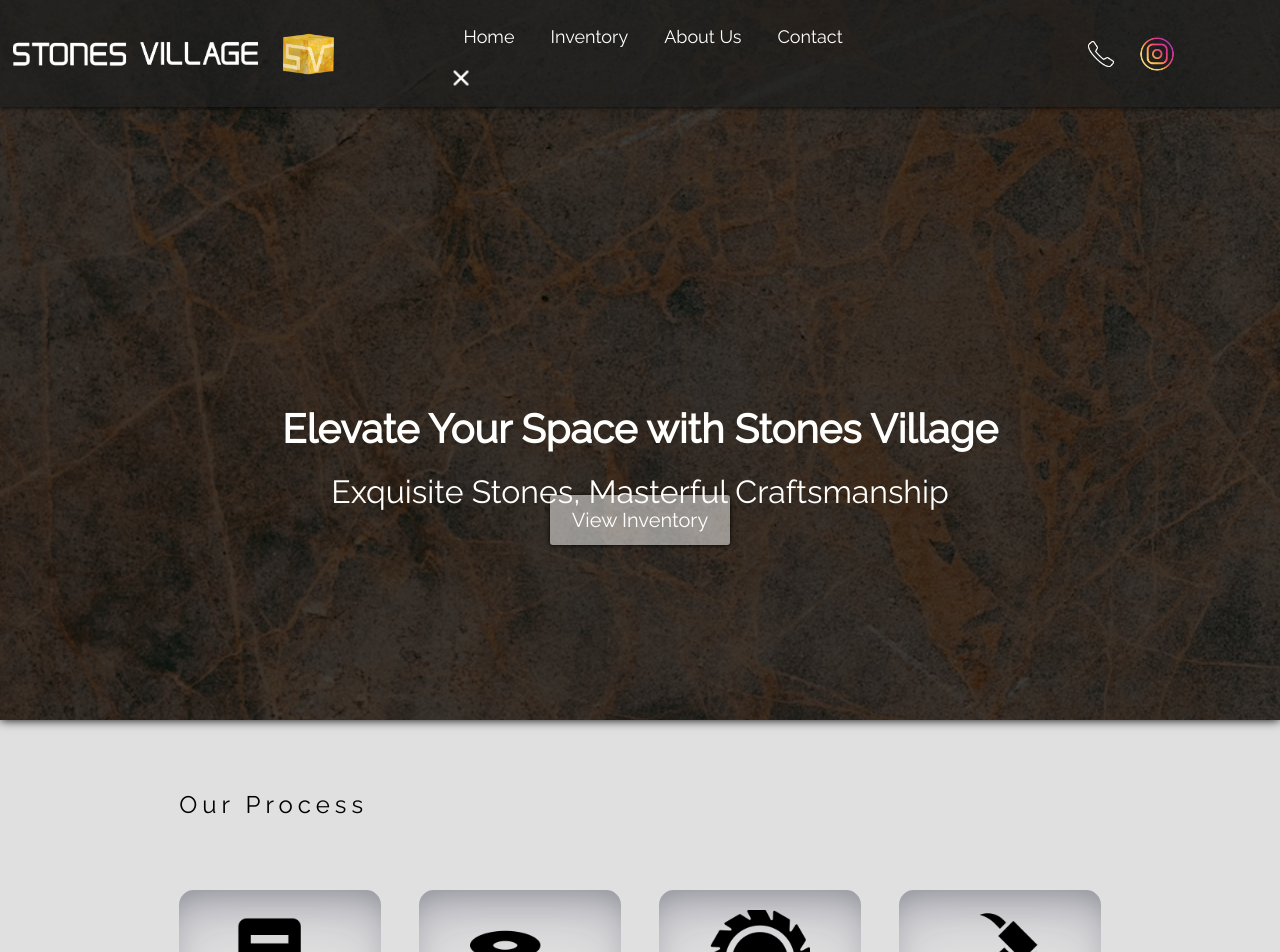
Repository: shayanabedi98/Stones-Village
Page: index.html
The author's editor kept a copy of each file at every save. The page is drawn from the files as they stood at one save, then again after the next save.
The browser window is 1280 px wide. The pictures show the part of the page from y = 0 to 952 px (the page is 3252 px tall).
After loading, the first visible `.close-navbar-menu-mobile > img` was clicked once.
A picture or video elsewhere on the page could not be fetched, so the positions and the page height are approximate.

Above is the page before, as saved 2023-10-27 00:07:17.

### index.html
<!DOCTYPE html>
<html lang="en">
<head>
    <meta charset="UTF-8">
    <meta name="viewport" content="width=device-width, initial-scale=1.0">
    <meta name="description" content="Stones Village: Premier stone supplier, fabricator, and installer in Concord, Ontario. Experience superior quality and craftsmanship in stone fabrication.">
    <meta name="keywords" content="Stones Village, Stone Supplier Concord, Ontario, Granite, Marble, Onyx, Quartz, Porcelain, Stone Fabrication">
    <title>Stones Village | Home</title>
    <link rel="preconnect" href="https://fonts.googleapis.com">
    <link rel="preconnect" href="https://fonts.gstatic.com" crossorigin>
    <link href="https://fonts.googleapis.com/css2?family=Raleway&display=swap" rel="stylesheet">
    <link rel="preconnect" href="https://fonts.googleapis.com">
    <link rel="preconnect" href="https://fonts.gstatic.com" crossorigin>
    <link href="https://fonts.googleapis.com/css2?family=Dancing+Script&display=swap" rel="stylesheet">
    <link rel="stylesheet" href="styles.css">
    <link rel="stylesheet" href="media.css">
</head>
<body>
    <div class="navbar">
        <div class="logo">
            <img id="logo-name" src="./resources/sv-name.png" alt="Company name">
            <img id="logo-cube" src="./resources/sv-cube.png" alt="Company logo">
        </div>
        <div class="navbar-menu">
            <ul>
                <li><a href="./">Home</a></li>
                <li><a href="./inventory">Inventory</a></li>
                <li><a href="./about-us">About Us</a></li>
                <li><a href="./contact">Contact</a></li>
            </ul>
            <div class="phone-menu-button">
                <img src="./resources/align-justify-svgrepo-com.png" alt="Menu Button">
            </div>
            <div class="close-navbar-menu-mobile">
                <img src="./resources/close-svgrepo-com.png" alt="Close menu button">
            </div>
        </div>
        <div class="navbar-menu-mobile">
            <ul>
                <li><a href="./">Home</a></li>
                <li><a href="./inventory">Inventory</a></li>
                <li><a href="./about-us">About Us</a></li>
                <li><a href="./contact">Contact</a></li>
            </ul>
            <div class="navbar-links-mobile">
                <button id="tel">
                    <a href="tel:+14372375062">
                        <img src="./resources/icons8-phone-100.png" alt="Contact By Number">
                    </a>
                </button>
                <button id="instagram">
                    <a target="_blank" href="https://www.instagram.com/stonesvillage/">
                        <img src="./resources/iglogo.png" alt="Visit Instagram page">
                    </a>
                </button>
            </div>
        </div>
        <div class="navbar-links">
            <button id="tel">
                <a href="tel:+14372375062">
                    <img src="./resources/icons8-phone-100.png" alt="Contact By Number">
                </a>
            </button>
            <button id="instagram">
                <a target="_blank" href="https://www.instagram.com/stonesvillage/">
                    <img src="./resources/iglogo.png" alt="Visit Instagram page">
                </a>
            </button>
        </div>
    </div>
    <div class="grid-container">
        <div class="banner1">
            <!-- Background Image -->
        </div>
        <div class="banner-overlay">
            <h1>Elevate Your Space with Stones Village<br><span>Exquisite Stones, Masterful Craftsmanship</span></h1>

            <button>View Inventory</button>
        </div>
        <div class="card-title title">Our Process</div>
        <div class="card-container">
            <div class="card">
                <img src="./resources/invoice-svgrepo-com.png" alt="Icon of Stone Slab">
                <div class="card-text">
                    <p class="card-name">Free Quotation</p>
                    <p class="card-description">Bring Your Vision to Life: Request a free, detailed quote today!</p>
                </div>
            </div>
            <div class="card">
                <img src="./resources/measure-2-svgrepo-com.png" alt="Icon of Stone Slab">
                <div class="card-text">
                    <p class="card-name">Measurement</p>
                    <p class="card-description">Precision at its Best: Guaranteeing a flawless fit and finish with meticulous measurements.</p>
                </div>
            </div>
            <div class="card">
                <img src="./resources/saw-svgrepo-com.png" alt="Icon of Stone Slab">
                <div class="card-text">
                    <p class="card-name">Fabrication</p>
                    <p class="card-description">Elegance Crafted: Precision fabrication transforms raw stones into exquisite masterpieces.</p>
                </div>
            </div>
            <div class="card">
                <img src="./resources/hammer-work-construction-svgrepo-com.png" alt="Icon of Stone Slab">
                <div class="card-text">
                    <p class="card-name">Installation</p>
                    <p class="card-description">Seamless Excellence: Trust in our precise and careful installation for a flawless stone finish.</p>
                </div>
            </div>
        </div>
        <hr>
        <div class="summary-container">
            <div class="summary-text">
                <h2 class="title">Who are we?</h2>
                <p>
                    Stones Village is a renowned supplier, fabricator, and installer of high-quality stones including Granite, Marble, Onyx, Quartz, and Porcelain. Located in the vibrant community of Concord, Ontario, we have years of experience in transforming spaces with our exceptional craftsmanship and dedication to precision. Our expert team is committed to meeting the demands of clients across the country, providing meticulous measurements, seamless installations, and offering free, detailed quotations to kickstart your projects. At Stones Village, we bring your visions to life, ensuring each project is a testament to our mastery and passion for stone craftsmanship.
                </p>
            </div>
            <div class="summary-image">
                <img src="./resources/inventory/inventory-jpg/Onyx-Shower.jpg" alt="Image of Shower with Onyx slab on wall">
            </div>
        </div>
        <hr>
        <div class="example-container">
            <div class="example-content">
                <p class="title">Discover Beauty</p>
                <div class="example-pictures">
                    <img src="./resources/inventory/inventory-jpg/Porcelain-Fireplace.jpg" alt="Image of Porcelain fireplace">
                    <img src="./resources/inventory/inventory-jpg/Onyx-Island2.jpg" alt="Image of glowing Onyx kitchen island">
                    <img src="./resources/inventory/inventory-jpg/Porcelain-Fireplace2.jpg" alt="Image of ">
                    <img src="./resources/inventory/inventory-jpg/Marble-Island.jpg" alt="">
                </div>
            </div>
            <div class="example-description">
                <p>Stones Village invites you to our Instagram page, where a portfolio of diverse and transformative projects awaits. Here, you'll find a showcase of our commitment to excellence in stone craftsmanship. Follow us for a steady stream of inspiration, updates, and a glimpse into the artistry that defines every project. Connect with us on Instagram, and start envisioning the possibilities for your own space today!</p>
                <div class="example-description-btn">
                    <button id="example-instagram"><img src="./resources/Instagram_logo.svg.png" alt=""></button>
                </div>
            </div>
        </div>
    </div>
    <footer>
        <div class="navbar-menu">
            <ul>
                <li><a href="./">Home</a></li>
                <li><a href="./inventory">Inventory</a></li>
                <li><a href="./about-us">About Us</a></li>
                <li><a href="./contact">Contact</a></li>
            </ul>
            <p>Copyright © 2023 Shayan Abedi, Stones Village Inc.</p>
        </div>
    </footer>
    <script src="./index.js"></script>
</body>
</html>

### media.css
@media (max-width: 1024px)
{
    /* ****LAPTOP**** */
    /* Home */

    .card-container {
        width: 95%;
    }

    .card {
        width: 85%;
        height: 90%;
    }

    .card img {
        height: 6em;
    }

    .card-description {
        font-size: 14px;
        line-height: 22px;
    }

    .summary-container {
        width: 90%;
    }

    .summary-text p {
        font-size: 13px;
    }

    .summary-image img {
        height: 450px;
    }

    .example-container {
        width: 90%;
    }

    .example-pictures {
        width: 300px;
        height: 300px;
    }

    .example-pictures img {
        height: 150px;
        width: 150px;
    }

    .example-description p {
        line-height: 40px;
        font-size: 13px;
        margin-top: 50px;
    }

    #example-instagram, #example-contact {
        width: 120px;
        height: 30px;
        font-size: 14px;
        border-radius: 2px;
    }
}

@media (max-width: 425px) {
    /* Mobile L */
    /* Home */
    .navbar {
        grid-template-columns: 1fr 0.5fr;
    }

    #logo-name {
        height: 20px;
    }

    #logo-cube {
        height: 30px;
    }

    .navbar-links {
        display: none;
    }

    .navbar-menu ul {
        display: none;
    }

    .phone-menu-button {
        display: grid;
        align-items: center;
    }

    .banner1, .banner2, .banner3, .banner4, .banner5 {
        height: 100vh;
    }

    .banner-overlay h1 {
        width: 90%;
        top: 200px;
        font-size: 30px;
        line-height: 40px;
    }

    .banner-overlay {
        grid-template-rows: 0.6fr 1fr;
    }

    .banner-overlay span {
        font-size: 20px;
    }

    .banner-overlay button {
        font-size: 16px;
        width: 150px;
        height: 50px;
    }

    .card-container {
        grid-template-rows: repeat(4, 1fr);
        grid-template-columns: none;
    }

    .title {
        text-align: center;
    }

    .card-title {
        margin-top: 100px;
        margin-bottom: 0;
    }

    .card {
        padding: 10px;
        width: 70%;
        height: 300px;
        margin: 20px auto;
    }

    .summary-container {
        grid-template-columns: none;
        grid-template-rows: 1fr 1fr;
        justify-items: center;
    }

    .summary-image {
        text-align: center;
    }

    .summary-image img {
        height: 380px;
    }

    .summary-text {
        order: 1;
    }

    .example-container {
        grid-template-rows: 1fr;
        grid-template-columns: none;
        justify-items: center;
    }

    .example-pictures {
        height: 250px;
    }

    .example-content .title {
        order: 1;
        margin-top: 150px;
    }

    #example-instagram {
        height: 60px;
        width: 160px;
    }
}

### index.js
const banner = document.querySelector('.banner1');
const bannerImg = ['./resources/bg1.jpg', './resources/bg2.jpg', './resources/bg3.jpg', './resources/bg4.jpg'];
let bannerImgIndex = 0;
const logoName = document.querySelector('#logo-name');
const logoCube = document.querySelector('#logo-cube');
const navbar = document.querySelector('.navbar');
const instagram = document.querySelector('#example-instagram');
const instagramBanner = document.querySelector('.banner-overlay button');
const mobileMenuBtn = document.querySelector('.phone-menu-button img');
const mobileMenu = document.querySelector('.navbar-menu-mobile');
const closeMobileMenuBtn = document.querySelector('.close-navbar-menu-mobile img');
const closeMobileMenu = document.querySelector('.close-navbar-menu-mobile');

mobileMenuBtn.addEventListener('click', () => {
    mobileMenu.style.display = 'grid';
    mobileMenuBtn.style.visibility = 'hidden';
    closeMobileMenu.style.display.grid
});

closeMobileMenuBtn.addEventListener('click', () => {
    mobileMenu.style.display = 'none';
    mobileMenuBtn.style.visibility = 'visible';
});

if (instagramBanner) {
    instagramBanner.addEventListener('click', () => {
        window.location.href = './inventory';
    });
}

logoCube.addEventListener('click', () => {
    window.location.href = './';
})

logoCube.addEventListener('mouseover', () => {
    navbar.style.backgroundColor = 'rgba(224, 183, 57,0.3)'
    navbar.style.transition = '4s'
})

logoCube.addEventListener('mouseout', () => {
    navbar.style.backgroundColor = 'rgba(29, 31, 31, 0.7)'
    navbar.style.transition = '2s'
})

logoName.addEventListener('click', () => {
    window.location.href = './';
})

logoName.addEventListener('mouseover', () => {
    navbar.style.backgroundColor = 'rgba(224, 183, 57,0.3)'
    navbar.style.transition = '4s'
})

logoName.addEventListener('mouseout', () => {
    navbar.style.backgroundColor = 'rgba(29, 31, 31, 0.7)'
    navbar.style.transition = '2s'
})

const bannerImgChanger = () => {
    banner.style.opacity = '0'
    bannerImgIndex = (bannerImgIndex + 1) % bannerImg.length;
    banner.style.background = `url(${bannerImg[bannerImgIndex]})`;

    if (bannerImgIndex === 0) {
        banner.classList.remove('banner2', 'banner3', 'banner4')
        banner.classList.add('banner1');
        banner.style.opacity = '1'

        setTimeout(() => {
            banner.style.opacity = '0'
        }, 7000)

    } else if (bannerImgIndex === 1) {
        banner.classList.remove('banner1', 'banner3', 'banner4')
        banner.classList.add('banner2');
        banner.style.opacity = '1'

        setTimeout(() => {
            banner.style.opacity = '0'
        }, 7000)

    } else if (bannerImgIndex === 2) {
        banner.classList.remove('banner1', 'banner2', 'banner4')
        banner.classList.add('banner3');
        banner.style.opacity = '1'

        setTimeout(() => {
            banner.style.opacity = '0'
        }, 7000)
    } else if (bannerImgIndex === 3) {
        banner.classList.remove('banner1', 'banner2', 'banner3')
        banner.classList.add('banner4');
        banner.style.opacity = '1'

        setTimeout(() => {
            banner.style.opacity = '0'
        }, 7000)
    }
};

bannerImgChanger();

setInterval(bannerImgChanger, 8000)

instagram.addEventListener('click', () => {
    window.open('https://www.instagram.com/stonesvillage/', '_blank')
})

Loaded but not shown: styles.css (839 lines, source omitted)

After the next save:
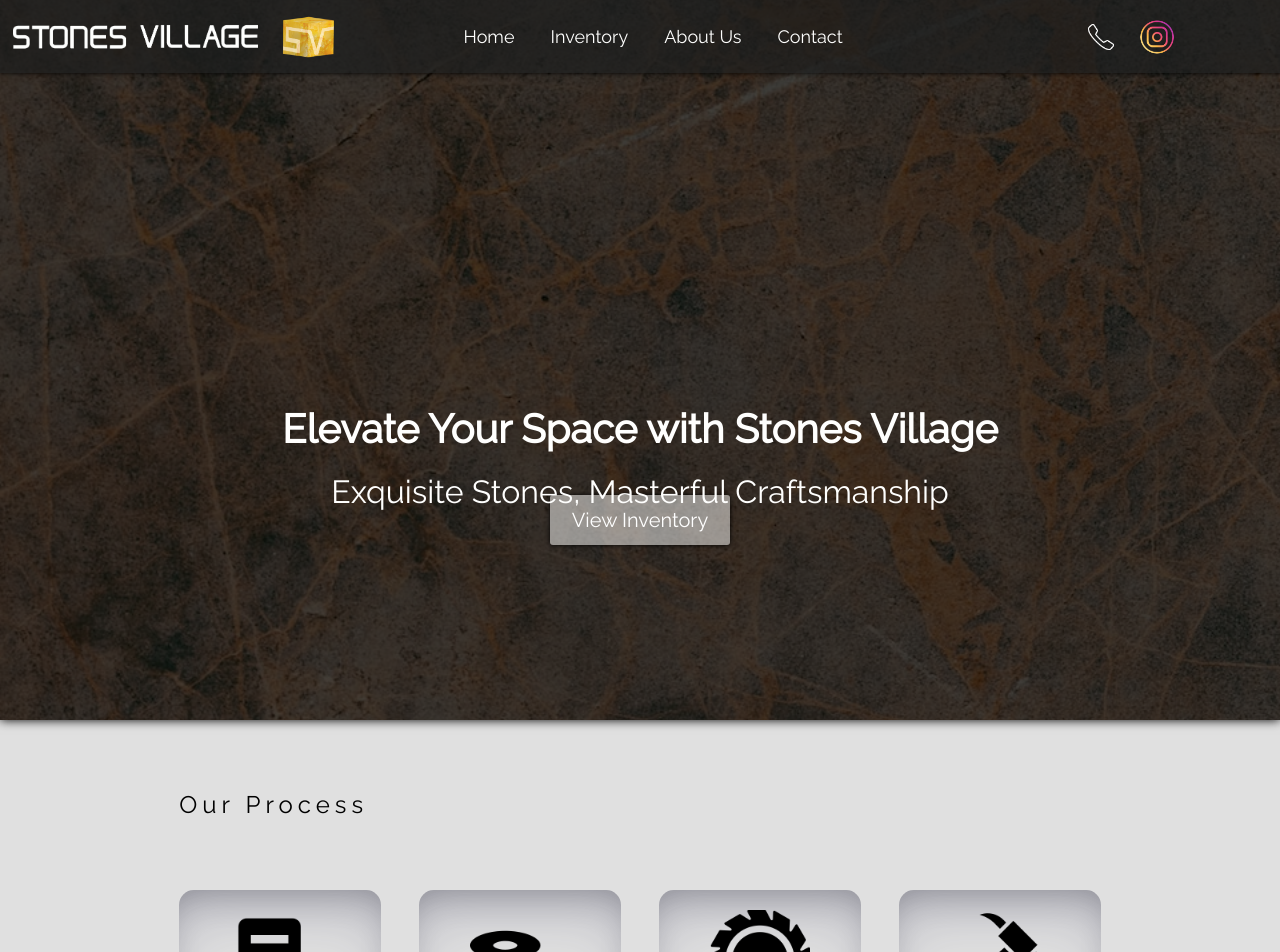
Saved 22 s later.
--- a/index.js
+++ b/index.js
@@ -14,12 +14,13 @@ const closeMobileMenu = document.querySelector('.close-navbar-menu-mobile');
 mobileMenuBtn.addEventListener('click', () => {
     mobileMenu.style.display = 'grid';
     mobileMenuBtn.style.visibility = 'hidden';
-    closeMobileMenu.style.display.grid
+    closeMobileMenu.style.display = 'grid';
 });
 
 closeMobileMenuBtn.addEventListener('click', () => {
     mobileMenu.style.display = 'none';
     mobileMenuBtn.style.visibility = 'visible';
+    closeMobileMenu.style.display = 'none'
 });
 
 if (instagramBanner) {
